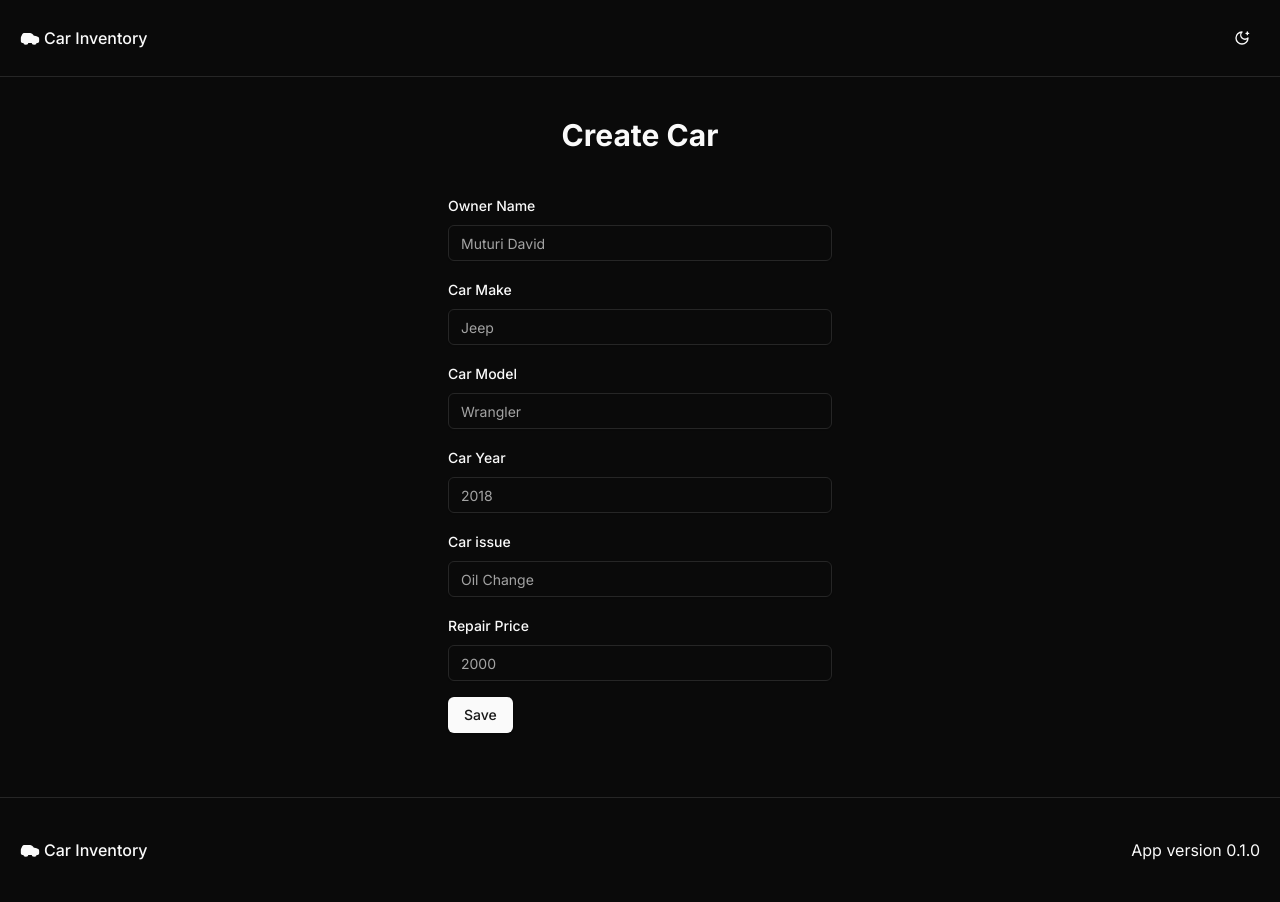
Repository: tushcmd/car-inventory
Page: /create (app in frontend/)
These files come from the project's save history. The page is drawn as it stood at one moment and after the next save; the edit follows.
The browser window is 1280 px wide. The pictures show the whole page.
The project was rebuilt for these pictures with package versions that can differ from the ones it lists, and the page was loaded fresh each time. The framework's server and built-in components were replaced by stand-ins that run in the browser. Also part of the build but not shown: frontend/next.config.mjs.

Above is the page before, as saved 2024-05-26 00:10:17.

### frontend/app/layout.tsx
import type { Metadata } from "next";
import { Inter } from "next/font/google";
import "./globals.css";
import AppProviders from "@/components/providers/AppProviders";
import Navbar from '@/components/shared/Navbar';
import Footer from "@/components/shared/Footer";
import { Toaster } from "@/components/ui/toaster";

const inter = Inter({ subsets: ["latin"] });

export const metadata: Metadata = {
  title: "Car Garage Inventory",
  description: "Nextjs Shadcnui Nodejs Express and MongoDB CRUD",
};

export default function RootLayout({
  children,
}: Readonly<{
  children: React.ReactNode;
}>) {
  return (
    <html lang="en" suppressHydrationWarning>
      <body className={inter.className}>
        <AppProviders>
          <Navbar />
          {children}
          <Footer />
          <Toaster />
        </AppProviders>
      </body>
    </html>
  );
}

### frontend/app/create/page.tsx
import CreateCar from "@/components/create-car";


export default function Create() {
    return (
        <div className="create-edit-page-container min-h-screen">
            {/*<h2 className="pb-4">Create</h2>*/}
            <CreateCar />
        </div>
    )
}

### frontend/components/providers/AppProviders.tsx
'use client';

import { ThemeProvider } from 'next-themes';
import { FC, ReactNode } from 'react';

interface AppProvidersProps {
  children: ReactNode;
}


const AppProviders: FC<AppProvidersProps> = ({ children }) => {
  return (
    <>
      <ThemeProvider attribute="class" disableTransitionOnChange defaultTheme="dark" enableSystem>
        {children}

      </ThemeProvider>
    </>
  );
};

export default AppProviders;

### frontend/components/shared/Navbar.tsx
import React, { FC } from 'react';
import ThemeSwitcherButton from '../ui/ThemeSwitcher';
import Logo from './Logo';

const Navbar: FC = () => {
  return (
    <nav className="border-b py-5">
      <div className="layout-container flex justify-between items-center max-w-7xl">
        <Logo />
        <ThemeSwitcherButton />
      </div>
    </nav>
  );
};

export default Navbar;

### frontend/components/shared/Footer.tsx
import React, { FC } from 'react'
import Logo from './Logo'

const Footer: FC = () => {
  return (
    <footer className='border-t'>
        <div className='layout-container flex flex-row gap-5 items-center  justify-between py-10'>
            <Logo />
            <p>App version 0.1.0</p>
        </div>

    </footer>
  )
}

export default Footer

{/*

<div className="inline-flex p-6 max-w-3xl gap-3 items-center text-center">
            <div>
                <Link
                    href="https://github.com/tushcmd/next-puns-ai"
                    target="_blank"
                    rel="noreferrer"
                    className="text-gray-500 hover:text-gray-900 dark:text-gray-400 dark:hover:text-gray-200"
                >
                    <svg xmlns="http://www.w3.org/2000/svg" width="24" height="24" viewBox="0 0 24 24" fill="none" stroke="currentColor" stroke-width="2" stroke-linecap="round" stroke-linejoin="round" className="lucide lucide-github"><path d="M15 22v-4a4.8 4.8 0 0 0-1-3.5c3 0 6-2 6-5.5.08-1.25-.27-2.48-1-3.5.28-1.15.28-2.35 0-3.5 0 0-1 0-3 1.5-2.64-.5-5.36-.5-8 0C6 2 5 2 5 2c-.3 1.15-.3 2.35 0 3.5A5.403 5.403 0 0 0 4 9c0 3.5 3 5.5 6 5.5-.39.49-.68 1.05-.85 1.65-.17.6-.22 1.23-.15 1.85v4" /><path d="M9 18c-4.51 2-5-2-7-2" /></svg>
                </Link>
            </div>
            <Link
                className="pointer-events-none flex place-items-center gap-2 px-8 lg:pointer-events-auto lg:p-0"
                href="https://tushdev.co/"
                target="_blank"
                rel="noopener noreferrer"
            >
                By{" "}
                <p>@tush</p>
            </Link>

        </div>

        */}

### frontend/components/ui/toaster.tsx
"use client"

import {
  Toast,
  ToastClose,
  ToastDescription,
  ToastProvider,
  ToastTitle,
  ToastViewport,
} from "@/components/ui/toast"
import { useToast } from "@/components/ui/use-toast"

export function Toaster() {
  const { toasts } = useToast()

  return (
    <ToastProvider>
      {toasts.map(function ({ id, title, description, action, ...props }) {
        return (
          <Toast key={id} {...props}>
            <div className="grid gap-1">
              {title && <ToastTitle>{title}</ToastTitle>}
              {description && (
                <ToastDescription>{description}</ToastDescription>
              )}
            </div>
            {action}
            <ToastClose />
          </Toast>
        )
      })}
      <ToastViewport />
    </ToastProvider>
  )
}

### frontend/components/ui/ThemeSwitcher.tsx
"use client";

import { useTheme } from "next-themes";
import React, { FC, useEffect, useState } from "react";
import { SunIcon,  Laptop, MoonStarIcon } from "lucide-react";
import {
	DropdownMenu,
	DropdownMenuContent,
	DropdownMenuItem,
	DropdownMenuTrigger,
} from "./dropdown-menu";
import { Button } from "./button";

const themes = [
	{
		value: "light",
		label: "Light",
		icon: SunIcon,
	},
	{
		value: "dark",
		label: "Dark",
		icon: MoonStarIcon,
	},
	{
		value: "system",
		label: "System",
		icon: Laptop,
	},
];

const ThemeSwitcher: FC = () => {
  const [mounted, setMounted] = useState(false)
	const { theme, setTheme } = useTheme();
	const currentTheme = themes.find((t) => t.value === theme);
	const ThemeIcon = currentTheme?.icon

  useEffect(() => {
    setMounted(true)
  }, [])

	return mounted && (
		<div className="flex">
			<DropdownMenu  >
				<DropdownMenuTrigger asChild>
					<Button variant="ghost" size={"icon"}>{!!ThemeIcon && <ThemeIcon className="w-4 h-4"/>}</Button>
				</DropdownMenuTrigger>
				<DropdownMenuContent>
					{themes.map(({value, label}) => <DropdownMenuItem role="button" onClick={() => setTheme(value)} key={value}>{label}</DropdownMenuItem>)}
				</DropdownMenuContent>
			</DropdownMenu>
		</div>
	);
};

export default ThemeSwitcher;

### frontend/components/shared/Logo.tsx

import { Car } from "lucide-react";
import Link from "next/link";
import React, { FC } from "react";

const Logo: FC = () => {
	return (
		<Link href='/' className="flex items-center gap-1 component-focus rounded-md">
			<Car   className="w-5 h-5 fill-current" />
			<h1 className="inline-flex flex-col gap-0 leading-none font-medium">
				<p>Car Inventory</p>
			</h1>
		</Link>
	);
};

export default Logo;

### frontend/components/ui/toast.tsx
"use client"

import * as React from "react"
import { Cross2Icon } from "@radix-ui/react-icons"
import * as ToastPrimitives from "@radix-ui/react-toast"
import { cva, type VariantProps } from "class-variance-authority"

import { cn } from "@/lib/utils"

const ToastProvider = ToastPrimitives.Provider

const ToastViewport = React.forwardRef<
  React.ElementRef<typeof ToastPrimitives.Viewport>,
  React.ComponentPropsWithoutRef<typeof ToastPrimitives.Viewport>
>(({ className, ...props }, ref) => (
  <ToastPrimitives.Viewport
    ref={ref}
    className={cn(
      "fixed top-0 z-[100] flex max-h-screen w-full flex-col-reverse p-4 sm:bottom-0 sm:right-0 sm:top-auto sm:flex-col md:max-w-[420px]",
      className
    )}
    {...props}
  />
))
ToastViewport.displayName = ToastPrimitives.Viewport.displayName

const toastVariants = cva(
  "group pointer-events-auto relative flex w-full items-center justify-between space-x-2 overflow-hidden rounded-md border p-4 pr-6 shadow-lg transition-all data-[swipe=cancel]:translate-x-0 data-[swipe=end]:translate-x-[var(--radix-toast-swipe-end-x)] data-[swipe=move]:translate-x-[var(--radix-toast-swipe-move-x)] data-[swipe=move]:transition-none data-[state=open]:animate-in data-[state=closed]:animate-out data-[swipe=end]:animate-out data-[state=closed]:fade-out-80 data-[state=closed]:slide-out-to-right-full data-[state=open]:slide-in-from-top-full data-[state=open]:sm:slide-in-from-bottom-full",
  {
    variants: {
      variant: {
        default: "border bg-background text-foreground",
        destructive:
          "destructive group border-destructive bg-destructive text-destructive-foreground",
      },
    },
    defaultVariants: {
      variant: "default",
    },
  }
)

const Toast = React.forwardRef<
  React.ElementRef<typeof ToastPrimitives.Root>,
  React.ComponentPropsWithoutRef<typeof ToastPrimitives.Root> &
    VariantProps<typeof toastVariants>
>(({ className, variant, ...props }, ref) => {
  return (
    <ToastPrimitives.Root
      ref={ref}
      className={cn(toastVariants({ variant }), className)}
      {...props}
    />
  )
})
Toast.displayName = ToastPrimitives.Root.displayName

const ToastAction = React.forwardRef<
  React.ElementRef<typeof ToastPrimitives.Action>,
  React.ComponentPropsWithoutRef<typeof ToastPrimitives.Action>
>(({ className, ...props }, ref) => (
  <ToastPrimitives.Action
    ref={ref}
    className={cn(
      "inline-flex h-8 shrink-0 items-center justify-center rounded-md border bg-transparent px-3 text-sm font-medium transition-colors hover:bg-secondary focus:outline-none focus:ring-1 focus:ring-ring disabled:pointer-events-none disabled:opacity-50 group-[.destructive]:border-muted/40 group-[.destructive]:hover:border-destructive/30 group-[.destructive]:hover:bg-destructive group-[.destructive]:hover:text-destructive-foreground group-[.destructive]:focus:ring-destructive",
      className
    )}
    {...props}
  />
))
ToastAction.displayName = ToastPrimitives.Action.displayName

const ToastClose = React.forwardRef<
  React.ElementRef<typeof ToastPrimitives.Close>,
  React.ComponentPropsWithoutRef<typeof ToastPrimitives.Close>
>(({ className, ...props }, ref) => (
  <ToastPrimitives.Close
    ref={ref}
    className={cn(
      "absolute right-1 top-1 rounded-md p-1 text-foreground/50 opacity-0 transition-opacity hover:text-foreground focus:opacity-100 focus:outline-none focus:ring-1 group-hover:opacity-100 group-[.destructive]:text-red-300 group-[.destructive]:hover:text-red-50 group-[.destructive]:focus:ring-red-400 group-[.destructive]:focus:ring-offset-red-600",
      className
    )}
    toast-close=""
    {...props}
  >
    <Cross2Icon className="h-4 w-4" />
  </ToastPrimitives.Close>
))
ToastClose.displayName = ToastPrimitives.Close.displayName

const ToastTitle = React.forwardRef<
  React.ElementRef<typeof ToastPrimitives.Title>,
  React.ComponentPropsWithoutRef<typeof ToastPrimitives.Title>
>(({ className, ...props }, ref) => (
  <ToastPrimitives.Title
    ref={ref}
    className={cn("text-sm font-semibold [&+div]:text-xs", className)}
    {...props}
  />
))
ToastTitle.displayName = ToastPrimitives.Title.displayName

const ToastDescription = React.forwardRef<
  React.ElementRef<typeof ToastPrimitives.Description>,
  React.ComponentPropsWithoutRef<typeof ToastPrimitives.Description>
>(({ className, ...props }, ref) => (
  <ToastPrimitives.Description
    ref={ref}
    className={cn("text-sm opacity-90", className)}
    {...props}
  />
))
ToastDescription.displayName = ToastPrimitives.Description.displayName

type ToastProps = React.ComponentPropsWithoutRef<typeof Toast>

type ToastActionElement = React.ReactElement<typeof ToastAction>

export {
  type ToastProps,
  type ToastActionElement,
  ToastProvider,
  ToastViewport,
  Toast,
  ToastTitle,
  ToastDescription,
  ToastClose,
  ToastAction,
}

### frontend/components/ui/button.tsx
import * as React from "react"
import { Slot } from "@radix-ui/react-slot"
import { cva, type VariantProps } from "class-variance-authority"

import { cn } from "@/lib/utils"

const buttonVariants = cva(
  "inline-flex items-center justify-center whitespace-nowrap rounded-md text-sm font-medium transition-colors focus-visible:outline-none focus-visible:ring-1 focus-visible:ring-ring disabled:pointer-events-none disabled:opacity-50",
  {
    variants: {
      variant: {
        default:
          "bg-primary text-primary-foreground shadow hover:bg-primary/90",
        destructive:
          "bg-destructive text-destructive-foreground shadow-sm hover:bg-destructive/90",
        outline:
          "border border-input bg-background shadow-sm hover:bg-accent hover:text-accent-foreground",
        secondary:
          "bg-secondary text-secondary-foreground shadow-sm hover:bg-secondary/80",
        ghost: "hover:bg-accent hover:text-accent-foreground",
        link: "text-primary underline-offset-4 hover:underline",
      },
      size: {
        default: "h-9 px-4 py-2",
        sm: "h-8 rounded-md px-3 text-xs",
        lg: "h-10 rounded-md px-8",
        icon: "h-9 w-9",
      },
    },
    defaultVariants: {
      variant: "default",
      size: "default",
    },
  }
)

export interface ButtonProps
  extends React.ButtonHTMLAttributes<HTMLButtonElement>,
    VariantProps<typeof buttonVariants> {
  asChild?: boolean
}

const Button = React.forwardRef<HTMLButtonElement, ButtonProps>(
  ({ className, variant, size, asChild = false, ...props }, ref) => {
    const Comp = asChild ? Slot : "button"
    return (
      <Comp
        className={cn(buttonVariants({ variant, size, className }))}
        ref={ref}
        {...props}
      />
    )
  }
)
Button.displayName = "Button"

export { Button, buttonVariants }

### frontend/components/ui/form.tsx
import * as React from "react"
import * as LabelPrimitive from "@radix-ui/react-label"
import { Slot } from "@radix-ui/react-slot"
import {
  Controller,
  ControllerProps,
  FieldPath,
  FieldValues,
  FormProvider,
  useFormContext,
} from "react-hook-form"

import { cn } from "@/lib/utils"
import { Label } from "@/components/ui/label"

const Form = FormProvider

type FormFieldContextValue<
  TFieldValues extends FieldValues = FieldValues,
  TName extends FieldPath<TFieldValues> = FieldPath<TFieldValues>
> = {
  name: TName
}

const FormFieldContext = React.createContext<FormFieldContextValue>(
  {} as FormFieldContextValue
)

const FormField = <
  TFieldValues extends FieldValues = FieldValues,
  TName extends FieldPath<TFieldValues> = FieldPath<TFieldValues>
>({
  ...props
}: ControllerProps<TFieldValues, TName>) => {
  return (
    <FormFieldContext.Provider value={{ name: props.name }}>
      <Controller {...props} />
    </FormFieldContext.Provider>
  )
}

const useFormField = () => {
  const fieldContext = React.useContext(FormFieldContext)
  const itemContext = React.useContext(FormItemContext)
  const { getFieldState, formState } = useFormContext()

  const fieldState = getFieldState(fieldContext.name, formState)

  if (!fieldContext) {
    throw new Error("useFormField should be used within <FormField>")
  }

  const { id } = itemContext

  return {
    id,
    name: fieldContext.name,
    formItemId: `${id}-form-item`,
    formDescriptionId: `${id}-form-item-description`,
    formMessageId: `${id}-form-item-message`,
    ...fieldState,
  }
}

type FormItemContextValue = {
  id: string
}

const FormItemContext = React.createContext<FormItemContextValue>(
  {} as FormItemContextValue
)

const FormItem = React.forwardRef<
  HTMLDivElement,
  React.HTMLAttributes<HTMLDivElement>
>(({ className, ...props }, ref) => {
  const id = React.useId()

  return (
    <FormItemContext.Provider value={{ id }}>
      <div ref={ref} className={cn("space-y-2", className)} {...props} />
    </FormItemContext.Provider>
  )
})
FormItem.displayName = "FormItem"

const FormLabel = React.forwardRef<
  React.ElementRef<typeof LabelPrimitive.Root>,
  React.ComponentPropsWithoutRef<typeof LabelPrimitive.Root>
>(({ className, ...props }, ref) => {
  const { error, formItemId } = useFormField()

  return (
    <Label
      ref={ref}
      className={cn(error && "text-destructive", className)}
      htmlFor={formItemId}
      {...props}
    />
  )
})
FormLabel.displayName = "FormLabel"

const FormControl = React.forwardRef<
  React.ElementRef<typeof Slot>,
  React.ComponentPropsWithoutRef<typeof Slot>
>(({ ...props }, ref) => {
  const { error, formItemId, formDescriptionId, formMessageId } = useFormField()

  return (
    <Slot
      ref={ref}
      id={formItemId}
      aria-describedby={
        !error
          ? `${formDescriptionId}`
          : `${formDescriptionId} ${formMessageId}`
      }
      aria-invalid={!!error}
      {...props}
    />
  )
})
FormControl.displayName = "FormControl"

const FormDescription = React.forwardRef<
  HTMLParagraphElement,
  React.HTMLAttributes<HTMLParagraphElement>
>(({ className, ...props }, ref) => {
  const { formDescriptionId } = useFormField()

  return (
    <p
      ref={ref}
      id={formDescriptionId}
      className={cn("text-[0.8rem] text-muted-foreground", className)}
      {...props}
    />
  )
})
FormDescription.displayName = "FormDescription"

const FormMessage = React.forwardRef<
  HTMLParagraphElement,
  React.HTMLAttributes<HTMLParagraphElement>
>(({ className, children, ...props }, ref) => {
  const { error, formMessageId } = useFormField()
  const body = error ? String(error?.message) : children

  if (!body) {
    return null
  }

  return (
    <p
      ref={ref}
      id={formMessageId}
      className={cn("text-[0.8rem] font-medium text-destructive", className)}
      {...props}
    >
      {body}
    </p>
  )
})
FormMessage.displayName = "FormMessage"

export {
  useFormField,
  Form,
  FormItem,
  FormLabel,
  FormControl,
  FormDescription,
  FormMessage,
  FormField,
}

### frontend/components/ui/input.tsx
import * as React from "react"

import { cn } from "@/lib/utils"

export interface InputProps
  extends React.InputHTMLAttributes<HTMLInputElement> {}

const Input = React.forwardRef<HTMLInputElement, InputProps>(
  ({ className, type, ...props }, ref) => {
    return (
      <input
        type={type}
        className={cn(
          "flex h-9 w-full rounded-md border border-input bg-transparent px-3 py-1 text-sm shadow-sm transition-colors file:border-0 file:bg-transparent file:text-sm file:font-medium placeholder:text-muted-foreground focus-visible:outline-none focus-visible:ring-1 focus-visible:ring-ring disabled:cursor-not-allowed disabled:opacity-50",
          className
        )}
        ref={ref}
        {...props}
      />
    )
  }
)
Input.displayName = "Input"

export { Input }

### frontend/components/ui/label.tsx
"use client"

import * as React from "react"
import * as LabelPrimitive from "@radix-ui/react-label"
import { cva, type VariantProps } from "class-variance-authority"

import { cn } from "@/lib/utils"

const labelVariants = cva(
  "text-sm font-medium leading-none peer-disabled:cursor-not-allowed peer-disabled:opacity-70"
)

const Label = React.forwardRef<
  React.ElementRef<typeof LabelPrimitive.Root>,
  React.ComponentPropsWithoutRef<typeof LabelPrimitive.Root> &
    VariantProps<typeof labelVariants>
>(({ className, ...props }, ref) => (
  <LabelPrimitive.Root
    ref={ref}
    className={cn(labelVariants(), className)}
    {...props}
  />
))
Label.displayName = LabelPrimitive.Root.displayName

export { Label }

Loaded but not shown: frontend/components/ui/use-toast.ts (common file); frontend/lib/utils.ts (common file); frontend/tailwind.config.ts (common file); frontend/components/create-car.tsx (599 lines, source omitted); frontend/components/ui/dropdown-menu.tsx (205 lines, source omitted); frontend/app/globals.css (439 lines, source omitted)

After the next save:
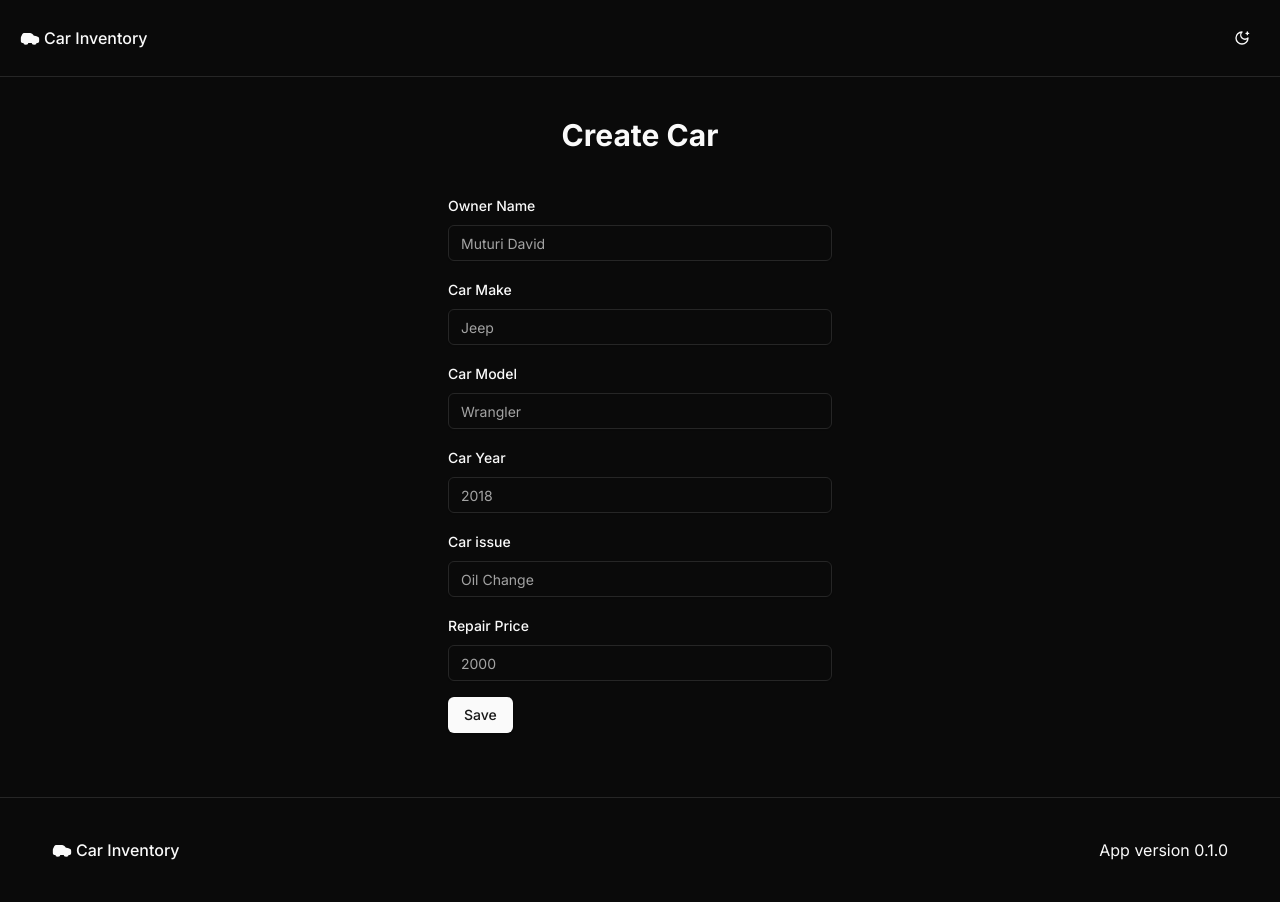
Saved 32 s later.
--- a/frontend/components/shared/Footer.tsx
+++ b/frontend/components/shared/Footer.tsx
@@ -3,7 +3,7 @@ import Logo from './Logo'
 
 const Footer: FC = () => {
   return (
-    <footer className='border-t'>
+    <footer className='border-t page-container'>
         <div className='layout-container flex flex-row gap-5 items-center  justify-between py-10'>
             <Logo />
             <p>App version 0.1.0</p>
